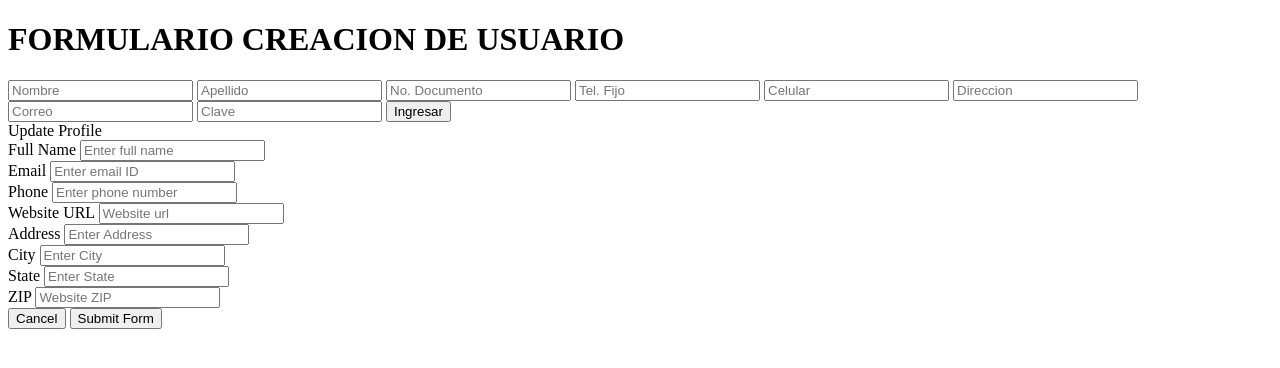
Repository: DA5CH25/kohaku_php
Page: http://localhost/kohaku_php/views/modules/ingresar.php
An editor plug-in stored every save of this project. The page is shown before and after the next save, followed by the edit.
The browser window is 1280 px wide. The pictures show the whole page.
The page is run by PHP 8.4 with error messages shown; the project is at /var/www/html/.

Above is the page before, as saved 2021-05-16 19:36:22.

After the next save:
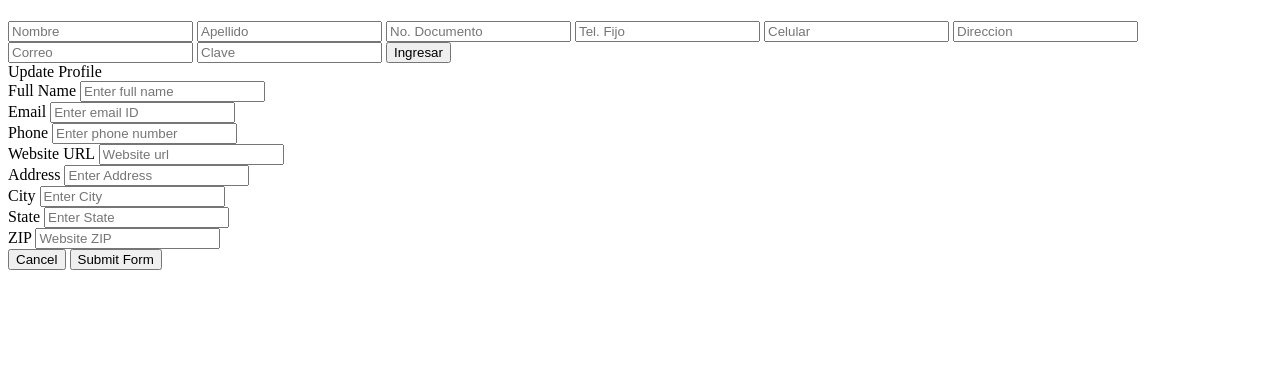
Saved 35 s later.
--- a/views/modules/ingresar.php
+++ b/views/modules/ingresar.php
@@ -6,7 +6,7 @@
 </head>
 <body>
 	<header>
-		<h1>FORMULARIO CREACION DE USUARIO</h1>
+		<h1></h1>
 		<h2></h2>
 	</header>
 
